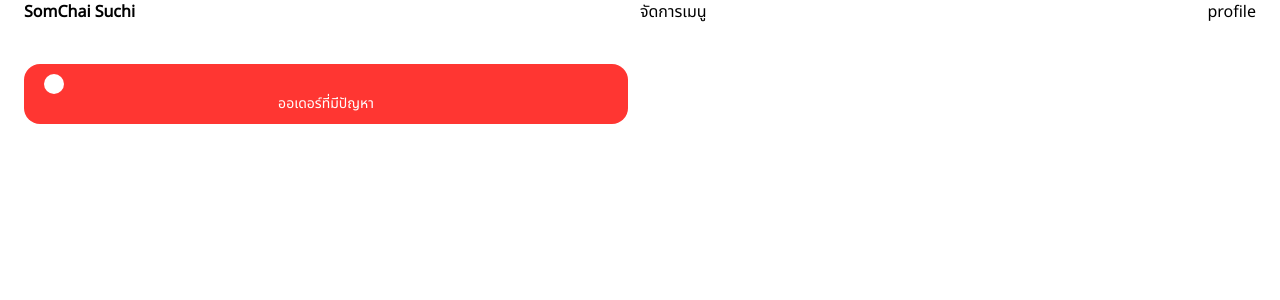
Repository: Pingping1004/food-ordering
Page: / (app in frontend/)
These files come from the project's save history. The page is drawn as it stood at one moment and after a run of saves; the edit follows.
The browser window is 1280 px wide. The pictures show the whole page.
The project was rebuilt for these pictures with package versions that can differ from the ones it lists, and the page was loaded fresh each time. The framework's server and built-in components were replaced by stand-ins that run in the browser. Also part of the build but not shown: frontend/next.config.ts.

Above is the page before, as saved 2025-06-04 05:16:30.

### frontend/src/app/layout.tsx
import type { Metadata } from "next";
import { Geist, Geist_Mono } from "next/font/google";
import "./globals.css";

const geistSans = Geist({
  variable: "--font-geist-sans",
  subsets: ["latin"],
});

const geistMono = Geist_Mono({
  variable: "--font-geist-mono",
  subsets: ["latin"],
});

export const metadata: Metadata = {
  title: "Create Next App",
  description: "Generated by create next app",
};

export default function RootLayout({
  children,
}: Readonly<{
  children: React.ReactNode;
}>) {
  return (
    <html lang="en">
      <head>
        {/* // Poppins google font api connected */}
          <link rel="preconnect" href="https://fonts.googleapis.com" />
          <link
              rel="preconnect"
              href="https://fonts.gstatic.com"
              crossOrigin="anonymous"
          />

          {/* // Poppins google font api connected */}
          <link href='https://fonts.googleapis.com/css?family=Noto Sans Thai' rel='stylesheet'></link>
      </head>
      <body
        className={`${geistSans.variable} ${geistMono.variable} antialiased`}
      >
        {children}
      </body>
    </html>
  );
}

### frontend/src/app/page.tsx
import { Button } from "@/components/Button";
import CookerHeader from "@/components/cookers/Header";
import { NumberIssued } from "@/components/NumberIssue";

export default function CookerHomePage() {
    return (
        <div>
            <CookerHeader />
            <section className="grid grid-cols-2 px-6 py-10 gap-6">
                <Button variant="danger" size="md" icon={NumberIssued(3)}>ออเดอร์ที่มีปัญหา</Button>
            </section>
        </div>
    );
}

### frontend/src/app/globals.css
@import "tailwindcss";

body {
  font-family: 'Poppins', 'Noto Sans Thai', sans-serif;
}

:root {
  --background: #ffffff;
  --foreground: #171717;
}

@theme inline {
  --color-background: var(--background);
  --color-foreground: var(--foreground);
  --font-sans: var(--font-geist-sans);
  --font-mono: var(--font-geist-mono);
}

@theme {
    --color-danger-main: #FF3632;
    --color-danger-light: #FFB2B0;
    --color-primary-main: #1263F0;
    --color-primary-light: #A7C6FF;
}

@media (prefers-color-scheme: dark) {
  :root {
    --background: #0a0a0a;
    --foreground: #ededed;
  }
}

.bg-primary {
    background-color: #1263F0;
}

.text-primary {
  color: #1E1E1E;
}

.text-secondary {
  color: #1E1E1E;
  opacity: 0.75;
}

.text-tertiary {
  color: #1E1E1E;
  opacity: 0.5;
}
.text-quaternary {
  color: #1E1E1E;
  opacity: 0.25;
}

.poppins-thin {
  font-family: "Poppins", sans-serif;
  font-weight: 100;
  font-style: normal;
}

.poppins-extralight {
  font-family: "Poppins", sans-serif;
  font-weight: 200;
  font-style: normal;
}

.poppins-light {
  font-family: "Poppins", sans-serif;
  font-weight: 300;
  font-style: normal;
}

.poppins-regular {
  font-family: "Poppins", sans-serif;
  font-weight: 400;
  font-style: normal;
}

.poppins-medium {
  font-family: "Poppins", sans-serif;
  font-weight: 500;
  font-style: normal;
}

.poppins-semibold {
  font-family: "Poppins", sans-serif;
  font-weight: 600;
  font-style: normal;
}

.poppins-bold {
  font-family: "Poppins", sans-serif;
  font-weight: 700;
  font-style: normal;
}

.poppins-extrabold {
  font-family: "Poppins", sans-serif;
  font-weight: 800;
  font-style: normal;
}

.poppins-black {
  font-family: "Poppins", sans-serif;
  font-weight: 900;
  font-style: normal;
}

.noto-sans-regular {
  font-family: "Noto Sans Thai", sans-serif;
  font-weight: 400;
  font-style: normal;
}

.noto-sans-bold {
  font-family: "Noto Sans Thai", sans-serif;
  font-weight: 700;
  font-style: normal;
}

### frontend/src/components/Button.tsx
import { cva, VariantProps } from 'class-variance-authority';
import clsx from 'clsx';
import React from 'react';

const button = cva('noto-sans-regular text-sm', {
    variants: {
        variant: {
            primary: 'bg-primary-main text-white',
            secondary: 'bg-primary-light text-main',
            danger: 'bg-danger-main text-white',
            'secondary-danger': 'bg-danger-light text-danger-main',
        },
        size: {
            md: 'px-5 py-2.5 rounded-2xl',
            lg: 'px-6 py-3 rounded-2xl',
            full: 'w-full py-3 rounded-2xl noto-sans-bold',
            half: 'w-1/2 py-2.5 rounded-2xl',
        },
        disabled: {
            true: 'opacity-50 cursor-not-allowed',
            false: 'cursor-pointer',
        }
    },
    defaultVariants: {
        variant: 'primary',
        size: 'md',
        disabled: false,
    },
});

type ButtonProps = React.ButtonHTMLAttributes<HTMLButtonElement> &
    VariantProps<typeof button> & {
        icon?: React.ReactNode;
        iconPosition?: 'start' | 'end';
    };

export const Button = ({
    className,
    variant,
    size,
    disabled,
    icon,
    iconPosition = 'start',
    children,
    ...props
}: ButtonProps) => {
    return (
        <button className={clsx(button({ variant, size, disabled }), className)} {...props}>
            {icon && iconPosition === 'start' && <span>{icon}</span>}
            <span>{children}</span>
            {icon && iconPosition === 'end' && <span>{icon}</span>}
        </button>
    );
}

### frontend/src/components/cookers/Header.tsx
import React from "react";

export default function CookerHeader() {
    return (
        <>
            <header className="w-full flex items-center px-6">
                <div className="grid grid-cols-2 w-full">
                    <div>
                        <h1 className="font-bold">SomChai Suchi</h1>
                    </div>

                    <div className="w-full flex justify-between items-center">
                        <button>จัดการเมนู</button>

                        <div>
                            <div className="profile-icon">profile</div>
                        </div>
                    </div>
                </div>
            </header>
        </>
    );
}

### frontend/src/components/NumberIssue.tsx
import React from 'react';

export const NumberIssued = ({ issuedOrder }: { issuedOrder: number }) => {
    return (
        <div className="flex items-center justify-center w-5 h-5 rounded-full bg-white text-xs">
            {issuedOrder > 0 ? issuedOrder : 0};
        </div>
    )
}

After the next 2 saves:
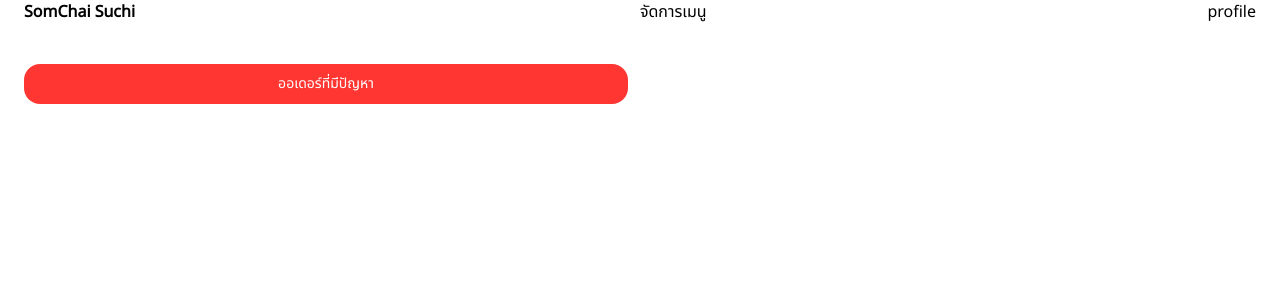
The 2 saves are shown as one change because they came seconds apart.
The last was saved 7 s later.
--- a/frontend/src/app/page.tsx
+++ b/frontend/src/app/page.tsx
@@ -7,7 +7,7 @@
         <div>
             <CookerHeader />
             <section className="grid grid-cols-2 px-6 py-10 gap-6">
-                <Button variant="danger" size="md" icon={NumberIssued(3)}>ออเดอร์ที่มีปัญหา</Button>
+                <Button variant="danger" size="md" icon={NumberIssued }>ออเดอร์ที่มีปัญหา</Button>
             </section>
         </div>
     );

After the 5 saves that followed:
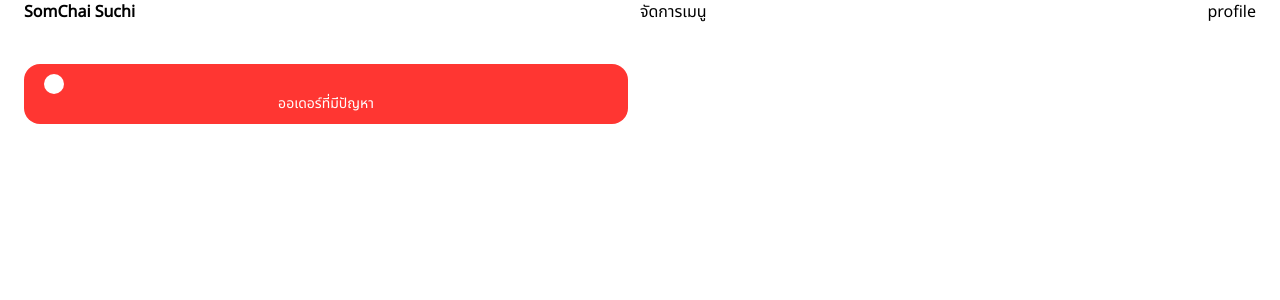
The 5 saves are shown as one change because 2 did not build or start and some came seconds apart.
The last was saved 33 s later.
--- a/frontend/src/app/page.tsx
+++ b/frontend/src/app/page.tsx
@@ -7,7 +7,7 @@
         <div>
             <CookerHeader />
             <section className="grid grid-cols-2 px-6 py-10 gap-6">
-                <Button variant="danger" size="md" icon={NumberIssued }>ออเดอร์ที่มีปัญหา</Button>
+                <Button variant="danger" size="md" icon={<NumberIssued issuedOrder={2} />}>ออเดอร์ที่มีปัญหา</Button>
             </section>
         </div>
     );
